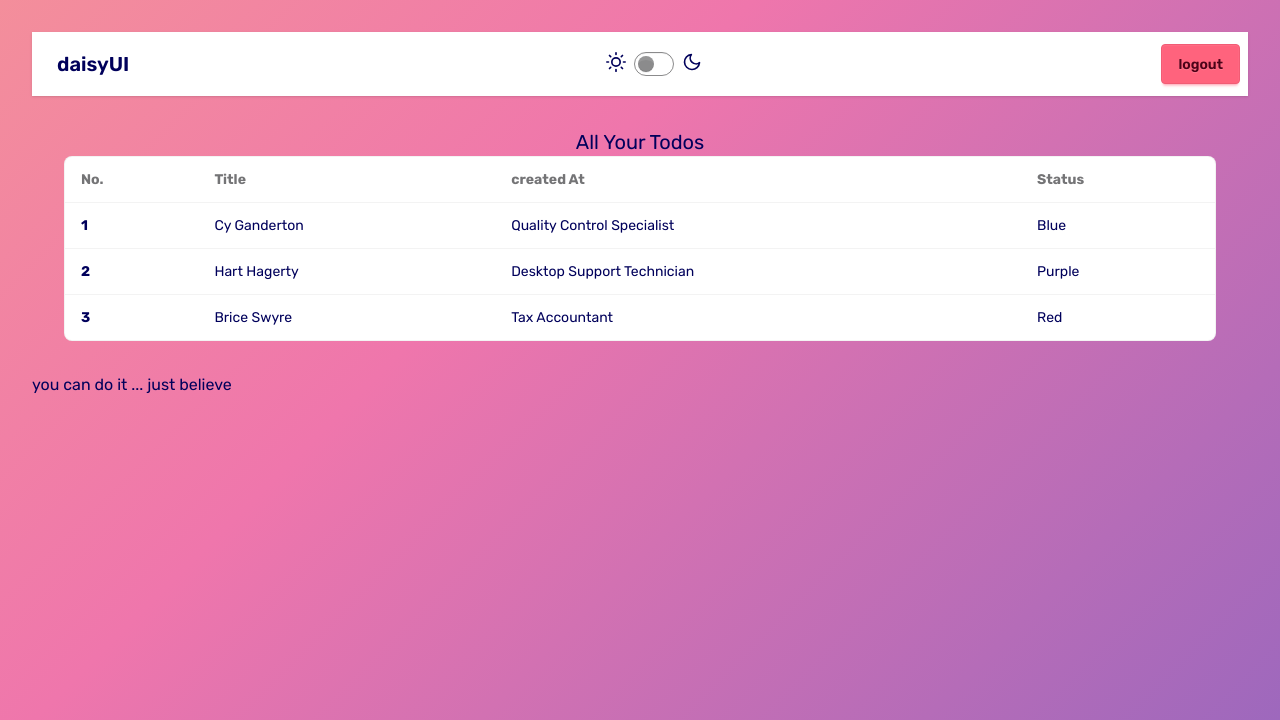
Repository: mariamnabil23/ToDo_App
Page: /
These files come from the project's save history. The page is drawn as it stood at one moment and after a run of saves; the edit follows.
The browser window is 1280 px wide. The pictures show the whole page.
Some web fonts or font styles are not loaded; a fallback is used. The project was rebuilt for these pictures with package versions that can differ from the ones it lists, and the page was loaded fresh each time. Requests to the local data server were answered from the project's data file. Also part of the build but not shown: vite.config.js, src/pages/Profile.jsx, src/pages/NotFound.jsx.

Above is the page before, as saved 2025-05-01 23:29:44.

After the next 3 saves:
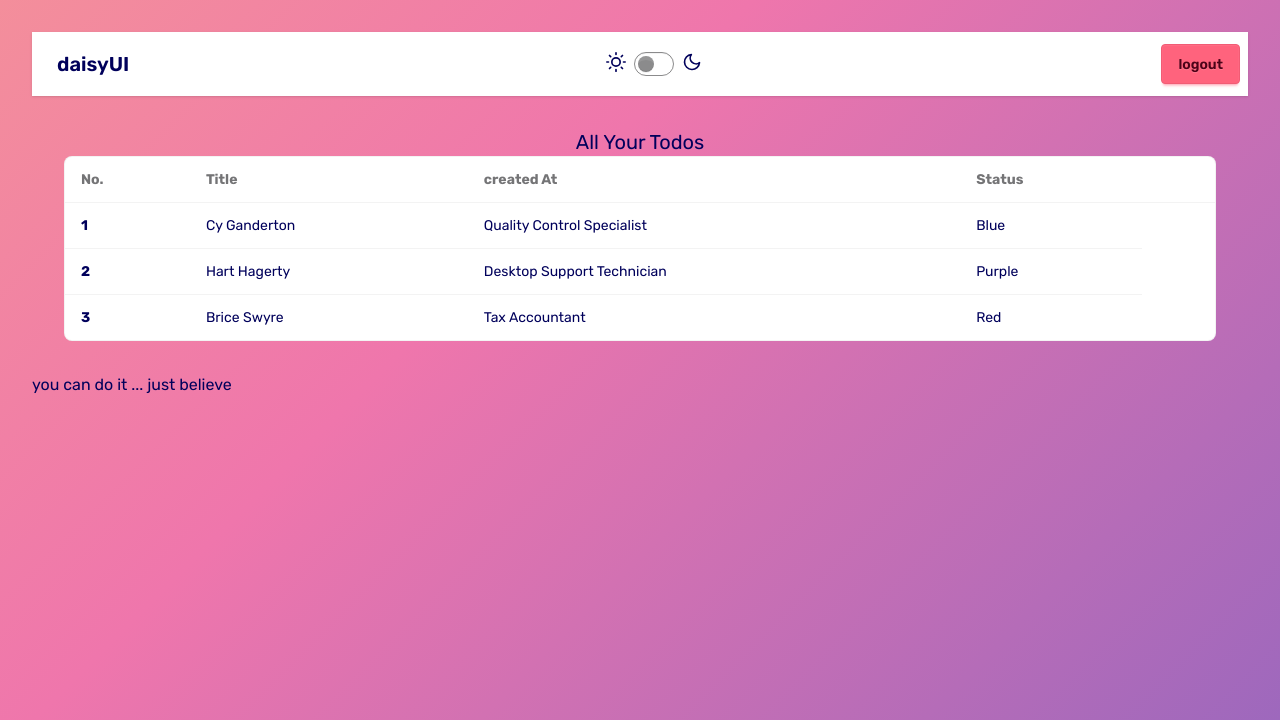
The 3 saves are shown as one change because they came seconds apart.
The last was saved 4 min 21 s later.
--- a/src/pages/Home.jsx
+++ b/src/pages/Home.jsx
@@ -13,6 +13,9 @@ const Home = () => {
         <th>Title</th>
         <th>created At</th>
         <th>Status</th>
+        <th>
+
+        </th>
       </tr>
     </thead>
     <tbody>
